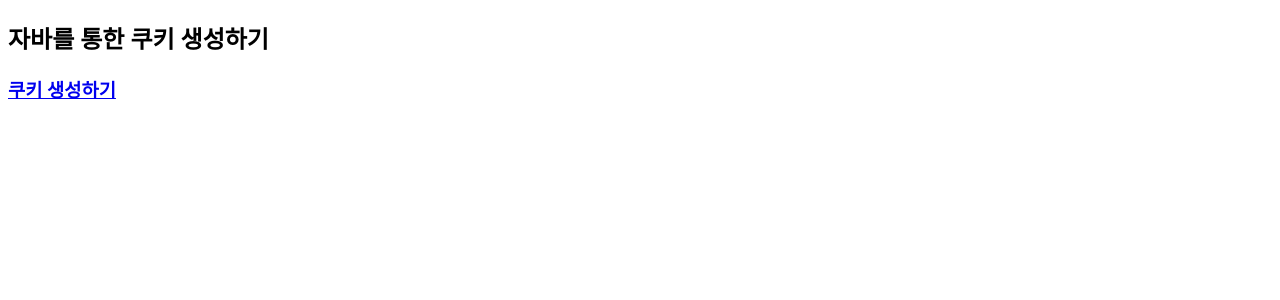
Repository: nemo0824/etc-practice
Page: http://localhost/CookieProject/
An editor plug-in stored every save of this project. The page is shown before and after the next save, followed by the edit.
The browser window is 1280 px wide. The pictures show the whole page.
The page is served by Tomcat 9.

Above is the page before, as saved 2023-03-07 02:21:25.

After the next save:
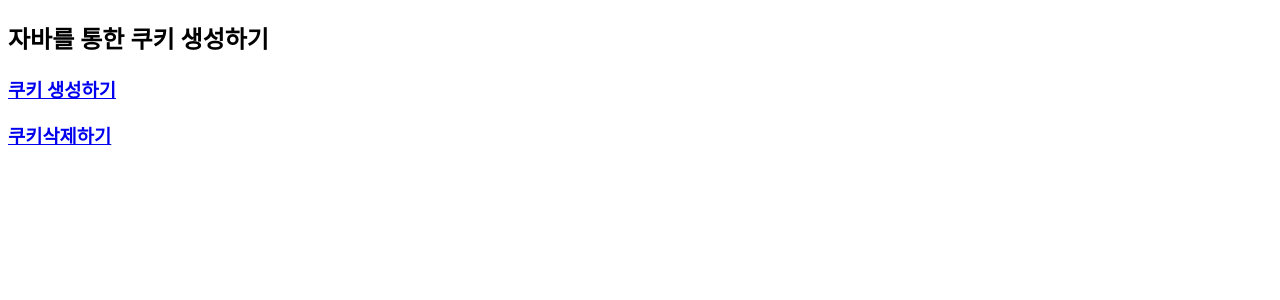
Saved 11 s later.
--- a/CookieProject/WebContent/index.jsp
+++ b/CookieProject/WebContent/index.jsp
@@ -10,7 +10,7 @@
 
 	<h2>자바를 통한 쿠키 생성하기</h2>
 	<h3><a href="cookieTest.do">쿠키 생성하기</a></h3>
-	<h3><a href="deleteCookie.do?</h3>
+	<h3><a href="deleteCookie.do?cookieId=userId">쿠키삭제하기</a></h3>
 
 </body>
 </html>
